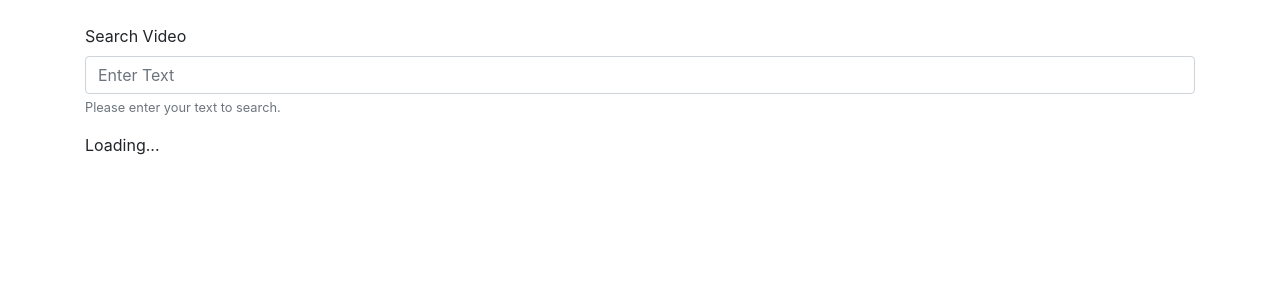
Repository: sushil50889/react-video-search-with-axios
Page: /
The author's editor kept a copy of each file at every save. The page is drawn from the files as they stood at one save, then again after the next save.
The browser window is 1280 px wide. The pictures show the whole page.
The page's requests for data from a server got no answer. The project was rebuilt for these pictures with package versions that can differ from the ones it lists, and the page was loaded fresh each time. No one was signed in, and anything a server would have sent is missing. Also part of the build but not shown: src/components/main.css, src/components/VideoItem.js.

Above is the page before, as saved 2020-03-22 20:38:17.

### src/index.js
import React from 'react';
import ReactDOM from 'react-dom';
import 'bootstrap/dist/css/bootstrap.min.css';
import './index.css';
import App from './components/App';
import * as serviceWorker from './serviceWorker';

ReactDOM.render(<App />, document.getElementById('root'));

// If you want your app to work offline and load faster, you can change
// unregister() to register() below. Note this comes with some pitfalls.
// Learn more about service workers: https://bit.ly/CRA-PWA

// AIzaSyCi6pP5o8eemX4FbU9m6fp5xMJQnKjU0lE
serviceWorker.register();

### src/index.css
body {
  margin: 0;
  font-family: -apple-system, BlinkMacSystemFont, 'Segoe UI', 'Roboto', 'Oxygen',
    'Ubuntu', 'Cantarell', 'Fira Sans', 'Droid Sans', 'Helvetica Neue',
    sans-serif;
  -webkit-font-smoothing: antialiased;
  -moz-osx-font-smoothing: grayscale;
}

code {
  font-family: source-code-pro, Menlo, Monaco, Consolas, 'Courier New',
    monospace;
}

.details-text {
  font-size: 12.5px;
}

.title-text {
  font-size: 15px;
  line-height: 1.1;
  font-weight: 600;
  margin-bottom: 5px;
}

### src/components/App.js
import React from 'react';
import Search from './SearchBar';
import api from '../api/apiCalls';
import VideoList from './VideoList';
import {Container, Row, Col} from 'react-bootstrap';
import VideoDetail from './VideoDetail';


class App extends React.Component {

    state = { videos: [], selectedVideo: null };

    componentDidMount(){
        this.onTermSubmit('children toy');
    }

    onVideoSelect = video => {
        console.log('selected video data : >>>>>> ', video);
        this.setState({ selectedVideo: video });
    };

    onTermSubmit = (term)=>{
        console.log("Search term : >>> ", term);
        api.getYoutubeVideos(term).then((data) => {
            console.log('video search data : ', data);
            this.setState({ videos: data.data.items });
            this.setState({ selectedVideo: this.state.videos[0] });
        }).catch((err) => {
            console.log('image search error : ', err);
        })
    }

    render() {
        return (
            <div>
                <Container>
                    <Search onFromSubmit={this.onTermSubmit}/>
                    <Row>
                        <Col sm={8}>
                            <div className="eleven wide column">
                                <VideoDetail video={this.state.selectedVideo} />
                            </div>
                        </Col>
                        <Col sm={4}>
                        <div>
                            <VideoList onVideoSelect={this.onVideoSelect} videos={this.state.videos}/>
                        </div>
                        </Col>
                    </Row>
                </Container>
            </div>
        )
    }
}

export default App;

### src/components/SearchBar.js
import React from 'react';
// import InputGroup from 'react-bootstrap/InputGroup';
import Form from 'react-bootstrap/Form';
import Container from 'react-bootstrap/Container';

class Search extends React.Component {
    state = {
        searchTerm: ''
    };

    onChangeSearchText = (event)=>{
        this.setState({searchTerm: event.target.value});
    }

    onFormSubmit = event => {
        event.preventDefault();
        this.props.onFromSubmit(this.state.searchTerm);
    };

    render() {
        return (
            <div className="mt-4">

                    <Form onSubmit={this.onFormSubmit}>
                        <Form.Group controlId="formBasicEmail">
                            <Form.Label>Search Video</Form.Label>
                            <Form.Control type="search" placeholder="Enter Text" value={this.state.searchTerm} onChange={this.onChangeSearchText}/>
                            <Form.Text className="text-muted">
                                Please enter your text to search.
                            </Form.Text>
                        </Form.Group>
                    </Form>

            </div>
        )
    }
}

export default Search;

### src/api/apiCalls.js
import youtube from './config';
const apiCall = {};



apiCall.getYoutubeVideos = (term) => {
    return new Promise((resolve, reject)=>{
        const response = youtube.get('/search', {
            params: { q: term }
        });

        if(response){
            resolve(response);
        }else{
            reject(null);
        }
    })
}



export default apiCall;

### src/components/VideoList.js
import React from 'react';
import VideoItem from './VideoItem';

const VideoList = ({ videos, onVideoSelect }) => {
  const renderedList = videos.map(video => {
    return (
      <VideoItem
        key={video.id.videoId}
        onVideoSelect={onVideoSelect}
        video={video}
      />
    );
  });

  return <div>{renderedList}</div>;
};

export default VideoList;

### src/components/VideoDetail.js
import React from 'react';
import {Card, ResponsiveEmbed} from 'react-bootstrap';
import './main.css';


const VideoDetail = ({ video }) => {
  if (!video) {
    return <div>Loading...</div>;
  }

  const videoSrc = `https://www.youtube.com/embed/${video.id.videoId}`;

  return (
    <div>

        <div className="frame">
            <ResponsiveEmbed aspectRatio="16by9">
                <iframe title="video player" src={videoSrc} />
            </ResponsiveEmbed>
        </div>
        <Card className="mt-2">
            <Card.Body>
                <Card.Title>{video.snippet.title}</Card.Title>
                <Card.Text className="details-text">
                {video.snippet.description}
                </Card.Text>
            </Card.Body>
        </Card>
    </div>
  );
};

export default VideoDetail;

### src/api/config.js
import axios from 'axios';
import helper from '../helper/helper';

export default axios.create({
  baseURL: `${helper.youtube.baseUrl}`,
  params: {
    part: 'snippet',
    type: 'video',
    maxResults: 5,
    key: `${helper.youtube.apiKey}`
  }
});

### src/helper/helper.js
const helper = {};


helper.youtube = {
    baseUrl: 'https://www.googleapis.com/youtube/v3',
    apiKey: 'AIzaSyCi6pP5o8eemX4FbU9m6fp5xMJQnKjU0lE',
}


export default helper;

Loaded but not shown: public/index.html (common file); src/serviceWorker.js (common file)

After the next save:
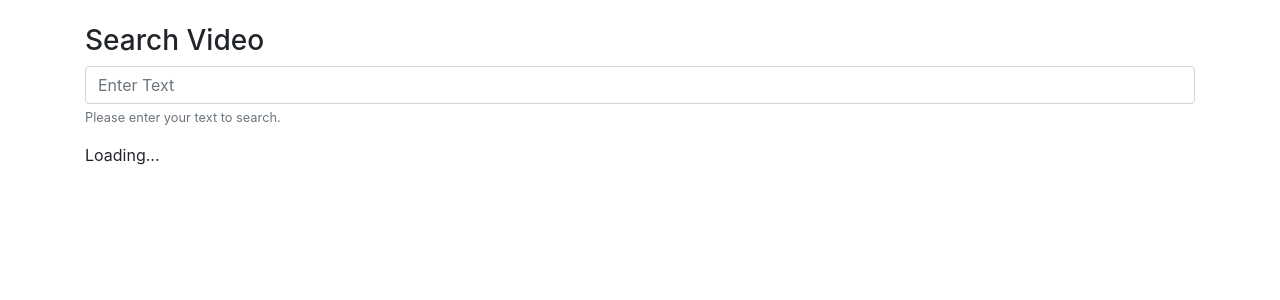
Saved 30 s later.
--- a/src/components/SearchBar.js
+++ b/src/components/SearchBar.js
@@ -23,7 +23,7 @@ class Search extends React.Component {
 
                     <Form onSubmit={this.onFormSubmit}>
                         <Form.Group controlId="formBasicEmail">
-                            <Form.Label>Search Video</Form.Label>
+                            <h3>Search Video</h3>
                             <Form.Control type="search" placeholder="Enter Text" value={this.state.searchTerm} onChange={this.onChangeSearchText}/>
                             <Form.Text className="text-muted">
                                 Please enter your text to search.
